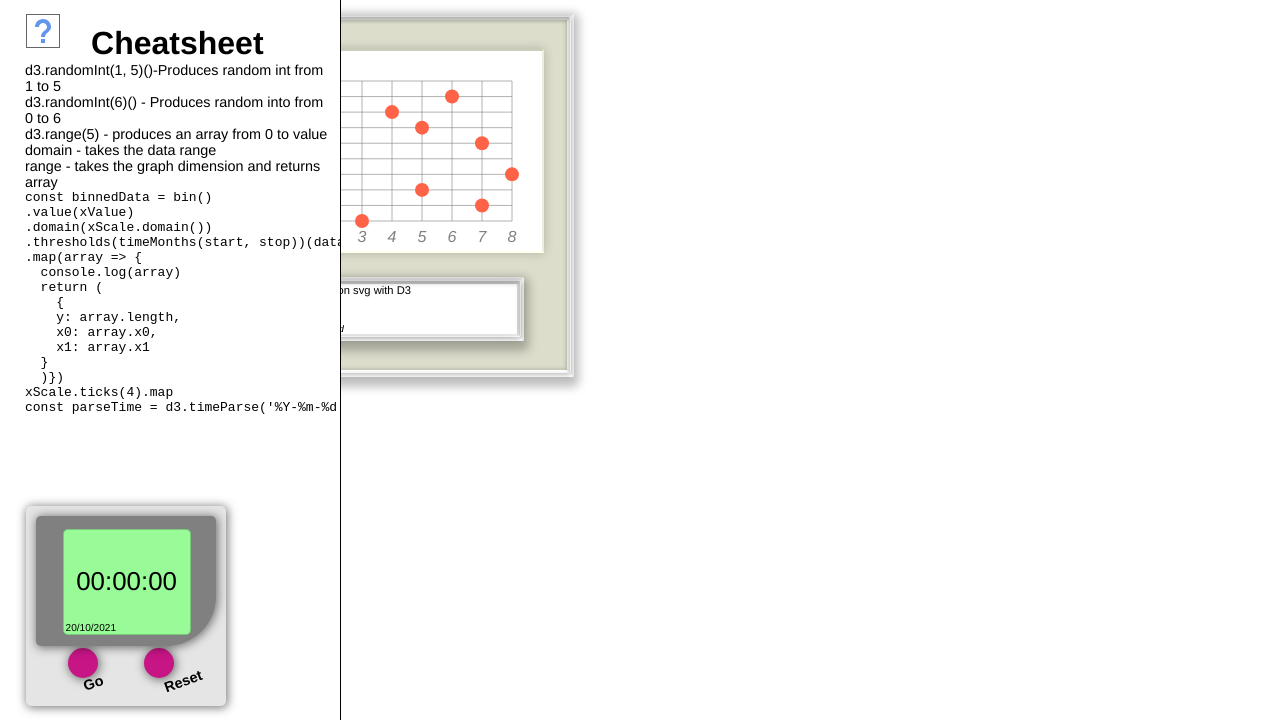
Repository: Lewisjohnward/100-days-of-d3
Page: /
The author's editor kept a copy of each file at every save. The page is drawn from the files as they stood at one save, then again after the next save.
The browser window is 1280 px wide. The pictures show the whole page.
The page's requests for data from a server got no answer. An inner scrolling area shows only its first screen. The project was rebuilt for these pictures with package versions that can differ from the ones it lists, and the page was loaded fresh each time. No one was signed in, and anything a server would have sent is missing. Also part of the build but not shown: src/charts/chart2/useGetData.js, src/charts/chart2/styles.js, src/charts/chart2/Chart.js, src/charts/chart3/useGetData.js, src/charts/chart3/styles.js, src/charts/chart3/Chart.js, src/charts/chart4/useGetData.js, src/charts/chart4/styles.js and 4 more.

Above is the page before, as saved 2021-10-20 15:47:51.

### src/App.js
import styled from "styled-components";
import { Chart1, Chart2, Chart3, Chart4, Chart5 } from "./charts/index.js";
import { Hello } from "./components/HelloD3";
import { Navbar } from "./components/Navbar.js";

const BodyContainer = styled.div`
  position: relative;
  z-index: 99;
  display: flex;
  height: ${({ height }) => height}px;
  overflow: hidden;
`;

const ChartGrid = styled.div`
  width: 75%;
  display: grid;
  overflow: scroll;
  grid-template-columns: repeat(3, 400px);
  grid-template-rows: repeat(2, 400px);
  justify-content: center;
  align-items: start;
  align-content: start;
  grid-gap: 0px;
  padding: 1%;
`;



const height = window.innerHeight;

function App() {
  return (
    <BodyContainer height={height}>
      <Hello />
      <Navbar />
      <ChartGrid>
        <Chart1 />
        <Chart2 />
        <Chart2 />
        <Chart3 />
        <Chart4 />
        <Chart5 />
      </ChartGrid>
    </BodyContainer>
  );
}

export default App;

### src/index.css
*{
    margin: 0;
    padding: 0;
}

body {
    font-family: Helvetica, "Trebuchet MS", Verdana, sans-serif;
}

### src/charts/index.js
export { Test as Chart1} from "./chart1/Chart"
export { Chart as Chart2} from "./chart2/Chart"
export { Chart as Chart3} from "./chart3/Chart"
export { Chart as Chart4} from "./chart4/Chart"
export { Chart as Chart5} from "./chart5/Chart"

### src/components/HelloD3.js
import { useState } from "react";
import styled, { keyframes } from "styled-components";

const letterAnimation = keyframes`
    0% {transform: rotate(0deg);}
    20% {transform: rotate(-45deg);}
    100% {transform: rotate(-45deg);}
`;

const TextContainer = styled.div`
  position: absolute;
  top: 25%;
  display: flex;
  font-size: 10em;

`;

const LetterContainer = styled.div`
  &.fallanimation {
    transition: transform 1s;
    transform: translateY(942px);
  }

  p {
    font-weight: ${({bold}) => bold ? 600: 300};
    &.fallanimation {
      animation: ${letterAnimation} ease-out 1s forwards;
    }
  }
`;

const word = "Hello";
const d3 = "D3"
const d3Array = d3.split("");
const wordArray = word.split("");
const height = window.innerHeight;

export const Hello = () => {
  return (
    <TextContainer>
      {wordArray.map((d) => (
        <Letter letter={d} />
      ))}
      {d3Array.map((d) => (
        <Letter letter={d} bold={true}/>
      ))}
    </TextContainer>
  );
};

const Letter = ({ letter, bold}) => {
  const [visible, setVisible] = useState(true);

  const handleMouseEnter = () => {
    setVisible((prev) => !prev);
  };

  return (
    <LetterContainer className={!visible && "fallanimation"} height={height} bold={bold}>
      <p
        className={!visible && "fallanimation"}
        onMouseEnter={() => handleMouseEnter()}
      >
        {letter}
      </p>
    </LetterContainer>
  );
};

### src/components/Navbar.js
import { useState } from "react";
import styled from "styled-components";
import { TimerComponent as Timer } from "./Timer";
import { IoMdHelp } from "react-icons/io";

const NavContainer = styled.div`
  height: 100%;
  width: 25%;
  overflow: hidden;
  background: white;
  padding: 25px 10px 25px 25px;
  border-right: 1px solid black;
  > p {
    font-size: 0.9em;
  }

  &.open {
    transition: all 1s ease-in;
    transform: translateX(0px);
  }
  &.close {
    transition: all 1s ease-in;
    transform: translateX(-100%);
  }
`;

const Title = styled.div`
  font-size: 2em;
  font-weight: 700;
  text-align: center;
`;

const Icon = styled(IoMdHelp)`
  position: absolute;
  left: 2%;
  top: 2%;
  z-index: 1;
  font-size: 2em;
  color: cornflowerblue;
  cursor: pointer;
  border: 1px solid rgba(0, 0, 0, 0.6);
`;

const code = `const binnedData = bin()
.value(xValue)
.domain(xScale.domain())
.thresholds(timeMonths(start, stop))(data)
.map(array => {
  console.log(array)
  return (
    {
    y: array.length,
    x0: array.x0,
    x1: array.x1
  }
  )})`;

export const Navbar = () => {
  const [visible, setVisible] = useState(true);
  return (
    <>
      <Icon onClick={() => setVisible((prev) => !prev)} />
      <NavContainer className={visible ? "open" : "close"}>
        <Title>Cheatsheet</Title>
        <p>d3.randomInt(1, 5)()-Produces random int from 1 to 5</p>
        <p>d3.randomInt(6)() - Produces random into from 0 to 6</p>
        <p>d3.range(5) - produces an array from 0 to value</p>
        <p>domain - takes the data range</p>
        <p>range - takes the graph dimension and returns array</p>
        <pre>
          <code>{code}</code>
        </pre>
        <pre>
          <code>xScale.ticks(4).map</code>
        </pre>
        <pre>
          <code>const parseTime = d3.timeParse('%Y-%m-%d');</code>
        </pre>
      </NavContainer>
      <Timer />
    </>
  );
};

### src/charts/chart1/Chart.js
import { useState } from "react";
import { randomInt, range, scaleLinear, max } from "d3";
import {
  Frame,
  Svg,
  ChartContainer,
  Description,
  DescriptionContainer,
  Signature,
} from "./styles";

const data = range(10).map((d) => ({
  a: randomInt(10)(),
  b: d,
}));

const margin = {
  top: 30,
  right: 30,
  bottom: 30,
  left: 30,
};

const height = 200;
const width = 300;

const AxisTickOffset = 7;

const innerHeight = height - margin.top - margin.bottom;
const innerWidth = width - margin.left - margin.right;

export const Chart = () => {
  const xValue = (d) => d.a;
  const yValue = (d) => d.b;

  const xAxisScale = scaleLinear()
    .domain([0, max(data, xValue)])
    .range([0, innerWidth])
    .nice();

  const yAxisScale = scaleLinear()
    .domain([0, max(data, yValue)])
    .range([innerHeight, 0])
    .nice();

  return (
    <Frame>
      <ChartContainer>
        <Svg height={height} width={width}>
          <g transform={`translate(${margin.left}, ${margin.top})`}>
            {xAxisScale.ticks().map((tickValue) => (
              <g transform={`translate(${xAxisScale(tickValue)}, 0)`}>
                <line y2={innerHeight} stroke="black" />
                <text
                  y={innerHeight + 3 * AxisTickOffset}
                  style={{ textAnchor: "middle" }}
                >
                  {tickValue}
                </text>
              </g>
            ))}

            {yAxisScale.ticks().map((tickValue) => (
              <g transform={`translate(0, ${yAxisScale(tickValue)})`}>
                <line x2={innerWidth} stroke="black" />
                <text
                  x={-AxisTickOffset}
                  dy="0.32em"
                  style={{ textAnchor: "end" }}
                >
                  {tickValue}
                </text>
              </g>
            ))}
            {data.map(({ a, b }) => (
              <Mark x={xAxisScale(a)} y={yAxisScale(b)} r={7} />
            ))}
          </g>
        </Svg>

        <Frame small={"true"}>
          <DescriptionContainer>
            <Description>Scatter graph on svg with D3</Description>
            <Signature>09/10/21 - L Ward</Signature>
          </DescriptionContainer>
        </Frame>
      </ChartContainer>
    </Frame>
  );
};

export const Chart1= () => {
  const xValue = (d) => d.a;
  const yValue = (d) => d.b;

  const xAxisScale = scaleLinear()
    .domain([0, max(data, xValue)])
    .range([0, innerWidth])
    .nice();

  const yAxisScale = scaleLinear()
    .domain([0, max(data, yValue)])
    .range([innerHeight, 0])
    .nice();

  return (
        <Svg height={height} width={width}>
          <g transform={`translate(${margin.left}, ${margin.top})`}>
            {xAxisScale.ticks().map((tickValue) => (
              <g transform={`translate(${xAxisScale(tickValue)}, 0)`}>
                <line y2={innerHeight} stroke="black" />
                <text
                  y={innerHeight + 3 * AxisTickOffset}
                  style={{ textAnchor: "middle" }}
                >
                  {tickValue}
                </text>
              </g>
            ))}

            {yAxisScale.ticks().map((tickValue) => (
              <g transform={`translate(0, ${yAxisScale(tickValue)})`}>
                <line x2={innerWidth} stroke="black" />
                <text
                  x={-AxisTickOffset}
                  dy="0.32em"
                  style={{ textAnchor: "end" }}
                >
                  {tickValue}
                </text>
              </g>
            ))}
            {data.map(({ a, b }) => (
              <Mark x={xAxisScale(a)} y={yAxisScale(b)} r={7} />
            ))}
          </g>
        </Svg>
  );
};

const Mark = ({ x, y, r }) => {
  const [tooltipVisible, setToolTipVisible] = useState(false);

  return (
    <>
    <circle
        cx={x}
        cy={y}
        r={r}
        fill={"black"}
        onMouseEnter={() => setToolTipVisible(!tooltipVisible)}
        onMouseLeave={() => setToolTipVisible(!tooltipVisible)}
      />
      {tooltipVisible && <rect x={x + 10} y={y - 25} height={50} width={50} rx={5} />}

    </>
  );
};

export const Test = () => {
  return (
    <Frame>
    <ChartContainer>
      <Chart1 />
    <Frame small={"true"}>
          <DescriptionContainer>
          <Description>Scatter graph on svg with D3</Description>
            <Signature>09/10/21 - L Ward</Signature>
          </DescriptionContainer>
        </Frame>
      </ChartContainer>
    </Frame>
  )


}

### src/components/Timer.js
import { useState, useEffect } from "react";
import styled, { keyframes } from "styled-components";

const Icon = styled.div`
  position: absolute;
  bottom: 2%;
  left: 2%;
  height: 200px;
  width: 200px;
  padding: 0px;
  margin: 0px;

  color: black;
  overflow: hidden;
  background: rgb(229, 229, 229);
  opacity: 1;
  text-shadow: none;
  font-weight: 300;
  font-size: 0.9em;
  box-shadow: 1px 1px 10px 1px rgba(0, 0, 0, 0.5);
  border-radius: 5px;
`;

const Container = styled.div`
  height: 100%;
  width: 100%;
  display: flex;
  flex-direction: column;
  justify-content: center;
  align-items: center;
`;

const Timer = styled.div`
  position: relative;
  background: gray;
  height: 65%;
  width: 90%;
  border-radius: 5px 5px 50px 5px;
  box-shadow: 1px 1px 10px 1px rgba(0, 0, 0, 0.5);
`;

const TimerContainer = styled.div`
  position: absolute;
  top: 10%;
  left: 15%;
  height: 80%;
  width: 70%;
  display: flex;
  justify-content: center;
  align-items: center;

  background: palegreen;
  border-radius: 5px;
  border: 1px solid rgba(0, 0, 0, 0.2);
  font-size: 1.8em;
`;

const ButtonContainer = styled.div`
  height: 25%;
  width: 80%;
  display: flex;

  flex-direction: row;
  justify-content: space-around;
  align-items: center;
`;

const Start_StopContainer = styled.div`
  display: flex;
  align-items: center;
  justify-content: center;
  background: mediumvioletred;
  width: 30px;
  height: 30px;
  border-radius: 100%;
  box-shadow: 1px 1px 10px 1px rgba(0, 0, 0, 0.5);
  font-size: 1.2em;
  font-weight: 800;
  cursor: pointer;

  &:active {
    transition: transform 0.1s box-shadow 0.1s;
    transform: translateY(10%);
  }
`;

const ButtonDiv = styled.div`
  font-weight: 600;

  p {
    transform: translate(50%, -30%) rotate(-20deg);
  }
`;

const DateContainer = styled.div`
  position: absolute;
  top: 58%;
  left: 20%;
  font-size: 0.7em;
  text-decoration: italic;

  .today {
    right: 0%;
  }
`;

export const TimerComponent = ({ grid }) => {
  const [seconds, setSeconds] = useState(0);
  const [active, setActive] = useState(false);

  useEffect(() => {
    const seconds = parseInt(localStorage.getItem("seconds-d3")) || 0;
    const active = localStorage.getItem("state-d3") || false;
    setActive(active);
    setSeconds(seconds);
  }, []);

  useEffect(() => {
    if (active) {
      setTimeout(() => {
        setSeconds((prev) => prev + 1);
      }, 1000);
    }
    localStorage.setItem("seconds-d3", seconds);
    localStorage.setItem("state-d3", active);
  }, [active, seconds]);

  function secondsToTime(e) {
    var h = Math.floor(e / 3600)
        .toString()
        .padStart(2, "0"),
      m = Math.floor((e % 3600) / 60)
        .toString()
        .padStart(2, "0"),
      s = Math.floor(e % 60)
        .toString()
        .padStart(2, "0");

    return h + ":" + m + ":" + s;
    //return `${h}:${m}:${s}`;
  }

  return (
    <Icon className={`icon`}>
      <Container>
        <Timer>
          <TimerContainer>{secondsToTime(seconds)}</TimerContainer>
        </Timer>
        <DateContainer>20/10/2021</DateContainer>

        <ButtonContainer>
          <ButtonDiv>
            <Start_StopContainer
              onClick={() => {
                if (!active) {
                  setActive(true);
                }
              }}
            />
            <p>Go</p>
          </ButtonDiv>
          {active ? (
            <ButtonDiv>
              <Start_StopContainer onClick={() => setActive(false)} />
              <p>Stop</p>
            </ButtonDiv>
          ) : (
            <ButtonDiv>
              <Start_StopContainer onClick={() => setSeconds(0)} />
              <p>Reset</p>
            </ButtonDiv>
          )}
        </ButtonContainer>
      </Container>
    </Icon>
  );
};

### src/charts/chart1/styles.js
import styled from "styled-components";

export const Frame = styled.div`
  height: ${({ small }) => (small ? "50px" : "350px")};
  width: ${({ small }) => (small ? "250px" : "350px")};
  background-color: #ddc;
  border: solid 1vmin #eee;
  border-bottom-color: #fff;
  border-left-color: #eee;
  border-radius: 2px;
  border-right-color: #eee;
  border-top-color: #ddd;
  box-shadow: 0 0 5px 0 rgba(0, 0, 0, 0.25) inset,
    0 5px 10px 5px rgba(0, 0, 0, 0.25);

  position: relative;
  text-align: center;
  &:before {
    border-radius: 2px;
    bottom: -0.4vmin;
    box-shadow: 0 2px 5px 0 rgba(0, 0, 0, 0.25) inset;
    content: "";
    left: -0.4vmin;
    position: absolute;
    right: -0.4vmin;
    top: -0.4vmin;
  }
  &:after {
    border-radius: 2px;
    bottom: -0.5vmin;
    box-shadow: 0 2px 5px 0 rgba(0, 0, 0, 0.25);
    content: "";
    left: -0.5vmin;
    position: absolute;
    right: -0.5vmin;
    top: -0.5vmin;
  }
`;

export const ChartContainer = styled.div`
position: relative;
z-index: 999;
  display: flex;
  flex-direction: column;
  justify-content: space-around;
  align-items: center;
  height: 100%;
  width: 100%;
  padding: 5% 1%;
  box-sizing: border-box;
`;

export const Svg = styled.svg`
  height: ${({ height }) => height}px;
  width: ${({ width }) => width}px;
  background: white;
  box-shadow: 0px 0px 10px 0px rgba(0, 0, 0, 0.2);
  border: solid 2px;
  border-bottom-color: #ffe;
  border-left-color: #eed;
  border-right-color: #eed;
  border-top-color: #ccb;


  line {
    stroke: gray;
    opacity: 0.6;
  }

  circle {
    fill: tomato;
  }

  text {
    font-style: italic;
    fill: gray;
  }

  rect {
    stroke: tomato;
    fill: white;
  }
`;

export const DescriptionContainer = styled.div`
  box-sizing: border-box;
  display: flex;
  flex-direction: column;
  justify-content: space-between;
  width: 100%;
  height: 100%;
  box-shadow: 0px 0px 10px 0px rgba(0, 0, 0, 0.2);
  background: white;
`;

export const Description = styled.p`
  text-align: left;
  font-size: 0.7em;
`;

export const Signature = styled.p`
  text-align: left;
  font-style: italic;
  font-size: 0.6em;
`;

Loaded but not shown: public/index.html (common file); src/index.js (common file)

After the next save:
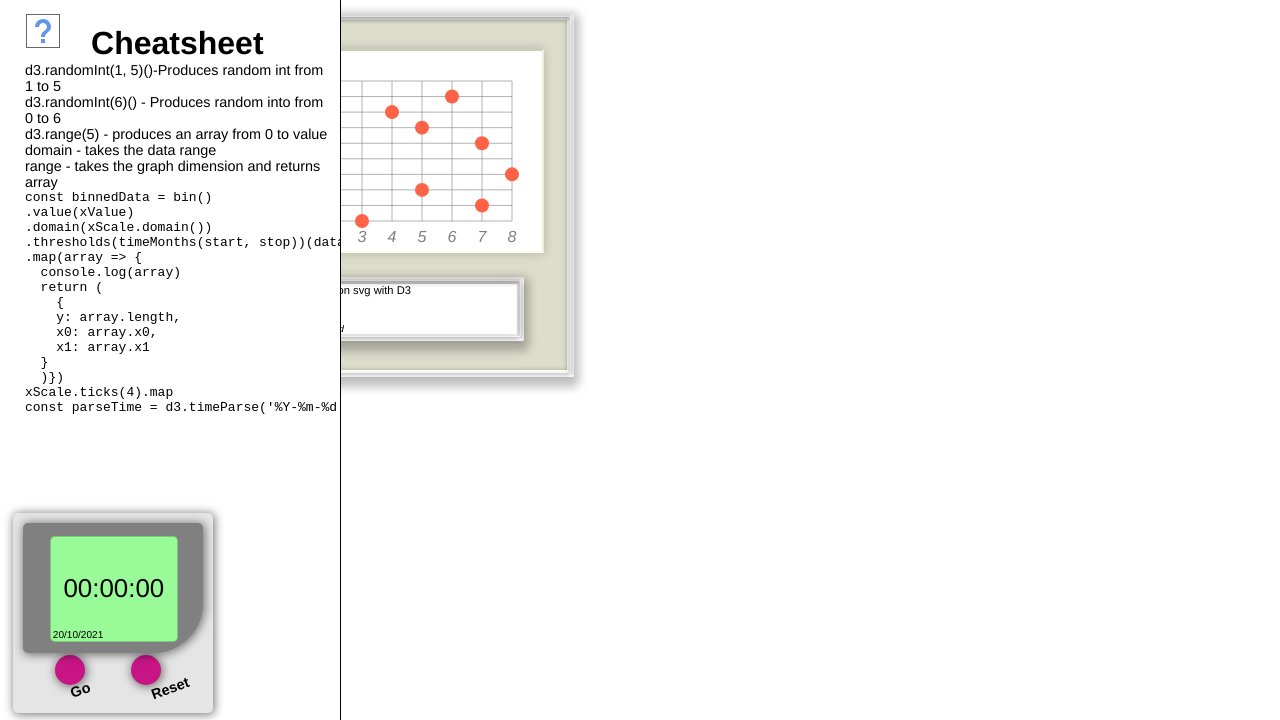
Saved 7 s later.
--- a/src/components/Timer.js
+++ b/src/components/Timer.js
@@ -3,8 +3,8 @@ import styled, { keyframes } from "styled-components";
 
 const Icon = styled.div`
   position: absolute;
-  bottom: 2%;
-  left: 2%;
+  bottom: 1%;
+  left: 1%;
   height: 200px;
   width: 200px;
   padding: 0px;
